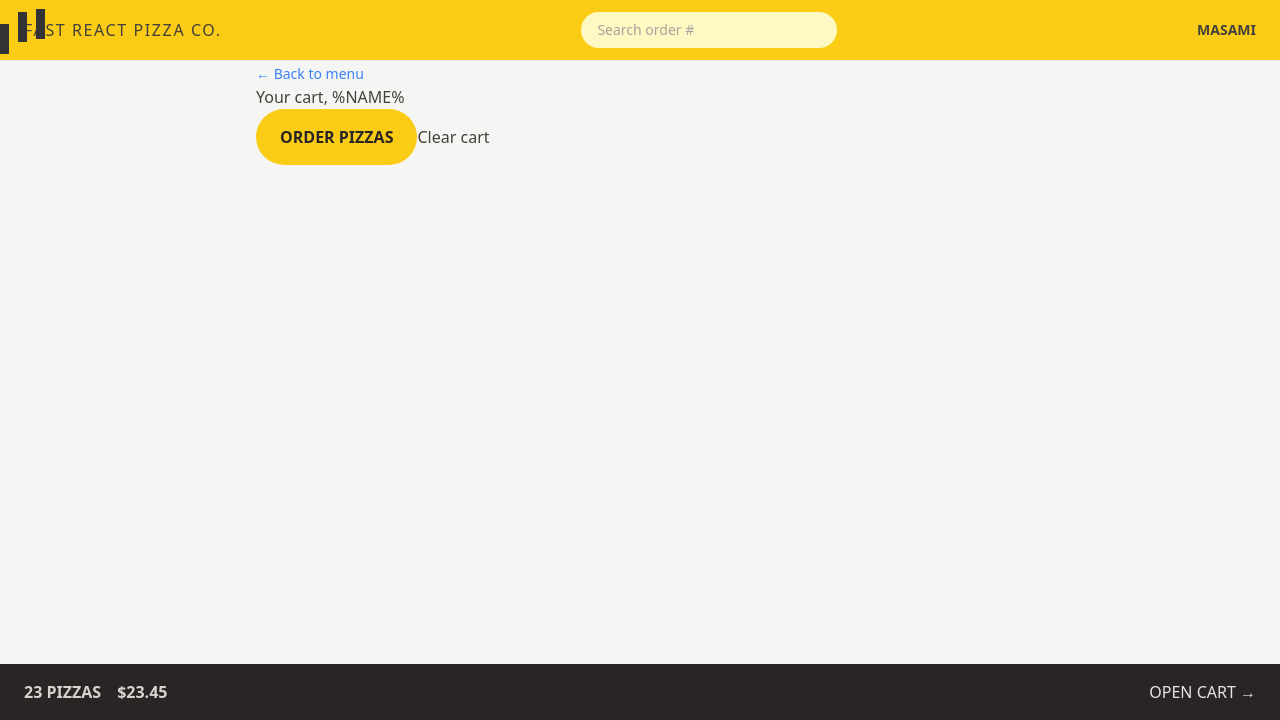
Repository: masamichan/pizza-vite
Page: /cart
These files come from the project's save history. The page is drawn as it stood at one moment and after the next save; the edit follows.
The browser window is 1280 px wide. The pictures show the whole page.
The project was rebuilt for these pictures with package versions that can differ from the ones it lists, and the page was loaded fresh each time. Also part of the build but not shown: vite.config.js, src/ui/Home.jsx, src/services/apiRestaurant.js, src/utils/helpers.js, src/features/menu/MenuItem.jsx, src/features/menu/Menu.jsx, src/features/order/CreateOrder.jsx, src/features/order/Order.jsx and 1 more. Imported but missing from the stored project, and not drawn on this page: src/features/user/CreateUser.

Above is the page before, as saved 2023-12-22 17:51:39.

### src/App.jsx
import { RouterProvider, createBrowserRouter } from "react-router-dom"
import Home from './ui/Home'
import Menu, {loader as menuLoader} from './features/menu/Menu';
import Cart from './features/cart/Cart';
import CreateOrder, {action as createOrderAction} from './features/order/CreateOrder';
import Order, {loader as orderLoader} from "./features/order/Order"
import AppLayout from "./ui/AppLayout";
import Error from "./ui/Error"

const router = createBrowserRouter([
  {
    element: <AppLayout />,
    errorElement: <Error />,
    children: [
  { path: "/", element: <Home/>},
  { path: "/menu", element: <Menu />, loader: menuLoader, errorElement: <Error />},
  {path: "/cart",element: <Cart />},
  {path: "/order/new",element: <CreateOrder />, action: createOrderAction},
  {path: "/order/:orderId", element: <Order />, loader: orderLoader, errorElement: <Error />}
    ],
  },
])




function App() {
  return <RouterProvider router={router} />
}

export default App

### src/index.css
@tailwind base;
@tailwind components;
@tailwind utilities;

@layer components {
  .input {
    @apply w-full rounded-full border border-stone-200 px-4 py-2 text-sm
          transition-all duration-300 placeholder:text-stone-400
          focus:outline-none focus:ring focus:ring-yellow-400
          md:px-6 md:py-3;
  }
}

/* https://dev.to/afif/i-made-100-css-loaders-for-your-next-project-4eje */
.loader {
  width: 45px;
  aspect-ratio: 0.75;
  --c: no-repeat linear-gradient(#333 0 0);
  background:
    var(--c) 0% 50%,
    var(--c) 50% 50%,
    var(--c) 100% 50%;
  background-size: 20% 50%;
  animation: loading 1s infinite linear;
}

@keyframes loading {
  20% {
    background-position:
      0% 0%,
      50% 50%,
      100% 50%;
  }
  40% {
    background-position:
      0% 100%,
      50% 0%,
      100% 50%;
  }
  60% {
    background-position:
      0% 50%,
      50% 100%,
      100% 0%;
  }
  80% {
    background-position:
      0% 50%,
      50% 50%,
      100% 100%;
  }
}

### src/features/cart/Cart.jsx
import { Link } from 'react-router-dom';
import LinkButton from '../../ui/LinkButton';
import Button from '../../ui/Button';

const fakeCart = [
  {
    pizzaId: 12,
    name: 'Mediterranean',
    quantity: 2,
    unitPrice: 16,
    totalPrice: 32,
  },
  {
    pizzaId: 6,
    name: 'Vegetale',
    quantity: 1,
    unitPrice: 13,
    totalPrice: 13,
  },
  {
    pizzaId: 11,
    name: 'Spinach and Mushroom',
    quantity: 1,
    unitPrice: 15,
    totalPrice: 15,
  },
];

function Cart() {
  const cart = fakeCart;

  return (
    <div>
      <LinkButton to="/menu">&larr; Back to menu</LinkButton>

      <h2>Your cart, %NAME%</h2>

      <div>
        <Button to="/order/new">Order pizzas</Button>
        <button>Clear cart</button>
      </div>
    </div>
  );
}

export default Cart;

### src/ui/AppLayout.jsx
import Header from './Header';
import Loader from './Loader';
import { Outlet, useNavigation } from 'react-router-dom';
import CartOverview from '../features/cart/CartOverview';

function AppLayout() {
  const navigation = useNavigation();
  const isLoading = navigation.state === 'loading';
  return (
    <div className="grid h-screen grid-rows-[auto_1fr_auto]">
      {/* {isLoading && <Loader />} */}
      {true && <Loader />}

      <Header />
      <div className="overflow-scroll">
        <main className="mx-auto max-w-3xl">
          <Outlet />
        </main>
      </div>
      <CartOverview />
    </div>
  );
}

export default AppLayout;

### src/ui/Button.jsx
import { Link } from 'react-router-dom';

function Button({ children, disabled, to }) {
  const className =
    'tracking-width activate:bg-slate-400 inline-block rounded-full bg-yellow-400 px-4 py-3 font-semibold uppercase text-stone-800 transition-colors duration-300 hover:bg-yellow-300 focus:outline-none focus:ring focus:ring-yellow-300 focus:ring-offset-2 disabled:cursor-not-allowed sm:px-6 sm:py-4';

  if (to)
    return (
      <Link to={to} className={className}>
        {children}
      </Link>
    );
  return (
    <button disabled={disabled} className={className}>
      {children}
    </button>
  );
}

export default Button;

### src/ui/Header.jsx
import { Link } from 'react-router-dom';
import SearchOrder from '../features/order/SearchOrder';
import UserName from '../features/user/UserName';

function Header() {
  return (
    <header className="flex items-center justify-between border-b border-stone-200 bg-yellow-400 px-4 py-3 uppercase sm:px-6">
      <Link to="/" className="tracking-widest">
        Fast React Pizza Co.
      </Link>
      <SearchOrder />
      <UserName />
    </header>
  );
}

export default Header;

### src/ui/Loader.jsx
function Loader() {
  return (
    <div className="absolute">
      <div className="loader"></div>
    </div>
  );
}

export default Loader;

### src/features/cart/CartOverview.jsx
import { Link } from 'react-router-dom';

function CartOverview() {
  return (
    <div className="flex items-center justify-between bg-stone-800 px-4 py-4 text-sm uppercase text-stone-200 sm:px-6 md:text-base">
      <p className="sm-space-x-6 space-x-4 font-semibold text-stone-300">
        <span>23 pizzas</span>
        <span>$23.45</span>
      </p>
      <Link to="/cart">Open cart &rarr;</Link>
    </div>
  );
}

export default CartOverview;

### src/features/order/SearchOrder.jsx
import { useState } from 'react';
import { useNavigate } from 'react-router-dom';

function SearchOrder() {
  const [query, setQuery] = useState('');
  const navigate = useNavigate();

  function handleSubmit(e) {
    e.preventDefault();
    if (!query) return;
    navigate(`/order/${query}`);
    setQuery('');
  }

  return (
    <form onSubmit={handleSubmit}>
      <input
        placeholder="Search order #"
        value={query}
        onChange={(e) => setQuery(e.target.value)}
        className="focus: w-28 rounded-full bg-yellow-100 px-4 py-2
                   text-sm ring-yellow-500 transition-all duration-300
                   placeholder:text-stone-400 focus:outline-none focus:ring focus:ring-opacity-50 sm:w-64 sm:focus:w-72"
      />
    </form>
  );
}

export default SearchOrder;

### src/features/user/UserName.jsx
function UserName() {
  return <div className="hidden text-sm font-semibold md:block">Masami</div>;
}

export default UserName;

Loaded but not shown: index.html (common file); src/main.jsx (common file); src/ui/LinkButton.jsx (common file); tailwind.config.js (common file)

After the next save:
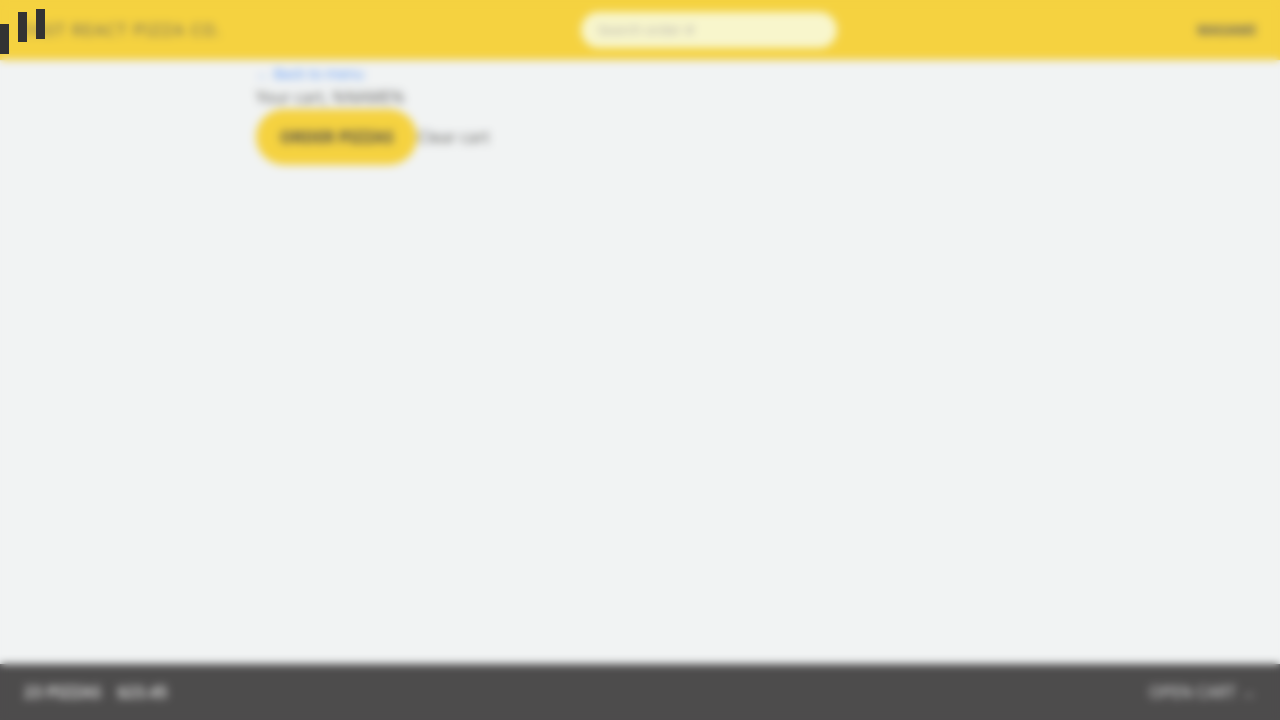
Saved 3 min 3 s later.
--- a/src/ui/Loader.jsx
+++ b/src/ui/Loader.jsx
@@ -1,6 +1,6 @@
 function Loader() {
   return (
-    <div className="absolute">
+    <div className="absolute inset-0 bg-slate-200/20 backdrop-blur-sm">
       <div className="loader"></div>
     </div>
   );
